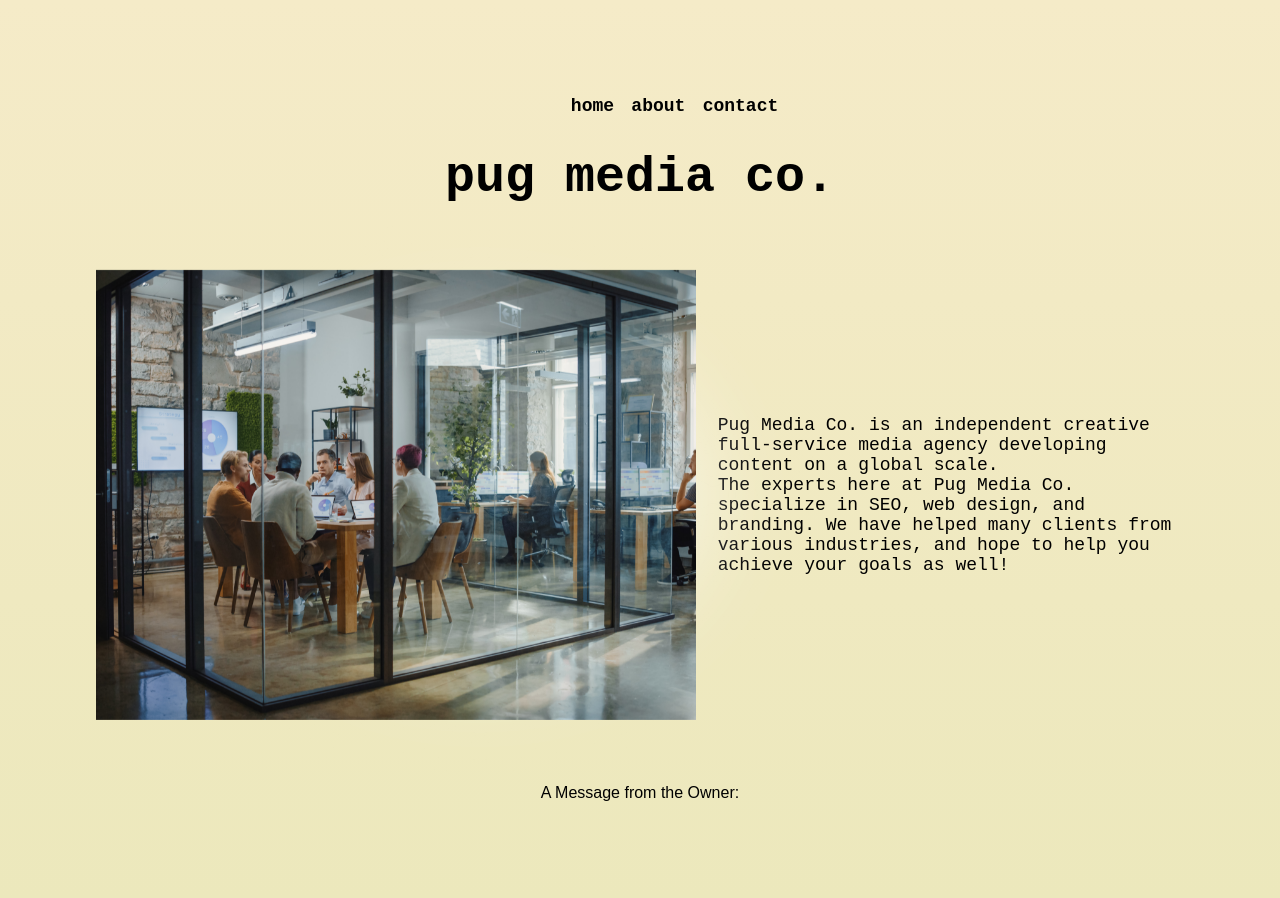
Repository: cheungglenda/MDIA2109-Week3
Page: /
These files come from the project's save history. The page is drawn as it stood at one moment and after the next save; the edit follows.
The browser window is 1280 px wide. The pictures show the whole page.
The project was rebuilt for these pictures with package versions that can differ from the ones it lists, and the page was loaded fresh each time. The framework's server and built-in components were replaced by stand-ins that run in the browser. Also part of the build but not shown: next.config.js, components/Card/index.js.

Above is the page before, as saved 2023-01-20 19:00:08.

After the next save:
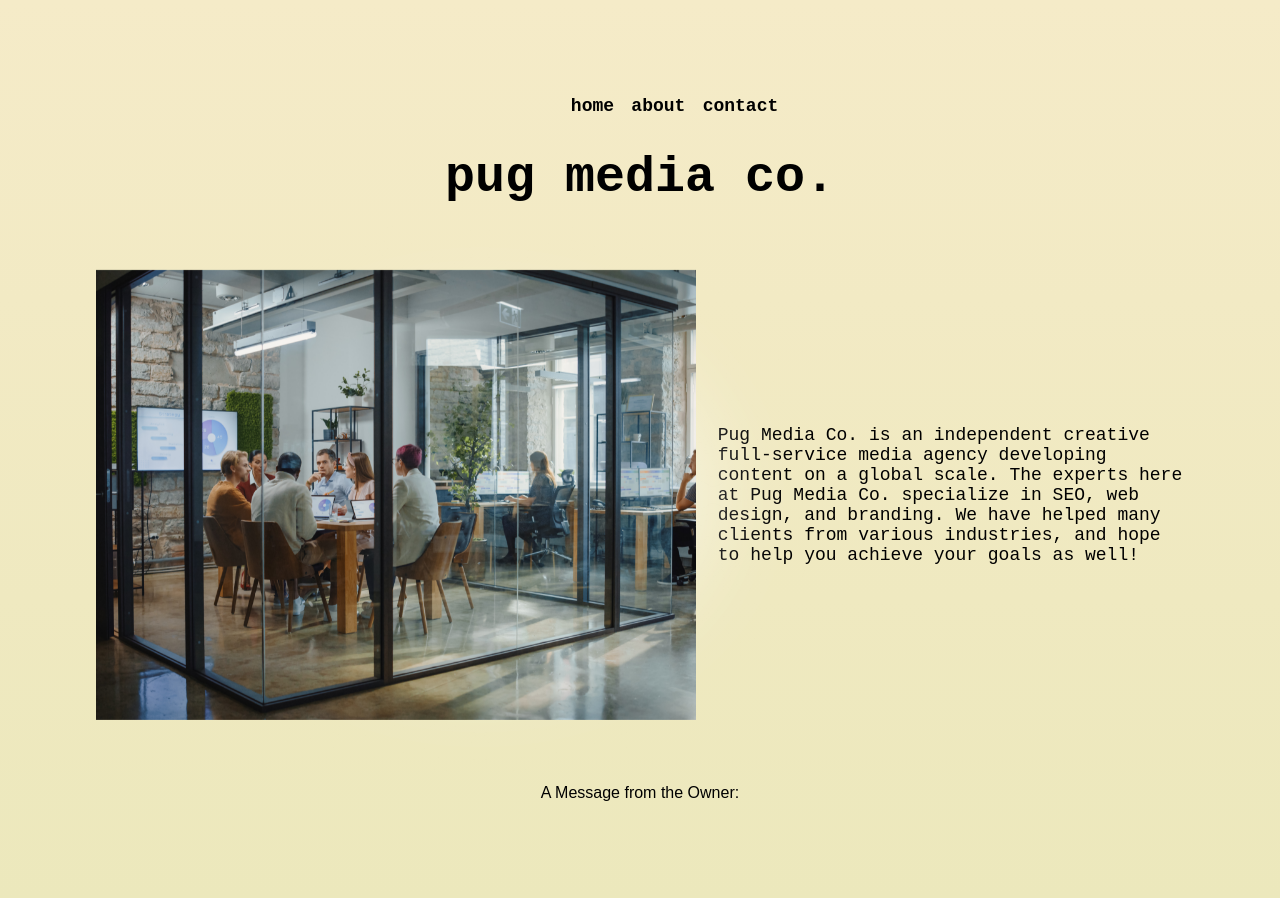
Saved 49 s later.
--- a/pages/index.js
+++ b/pages/index.js
@@ -39,7 +39,7 @@ export default function Home() {
             height={450}
           />
           <div className={styles.homeDesc}>
-            Pug Media Co. is an independent creative full-service media agency developing content on a global scale.<br></br> The experts here at Pug Media Co. specialize in SEO, web design, and branding. We have helped many clients from various industries, and hope to help you achieve your goals as well!
+            Pug Media Co. is an independent creative full-service media agency developing content on a global scale. The experts here at Pug Media Co. specialize in SEO, web design, and branding. We have helped many clients from various industries, and hope to help you achieve your goals as well!
           </div>
         </div>
 
